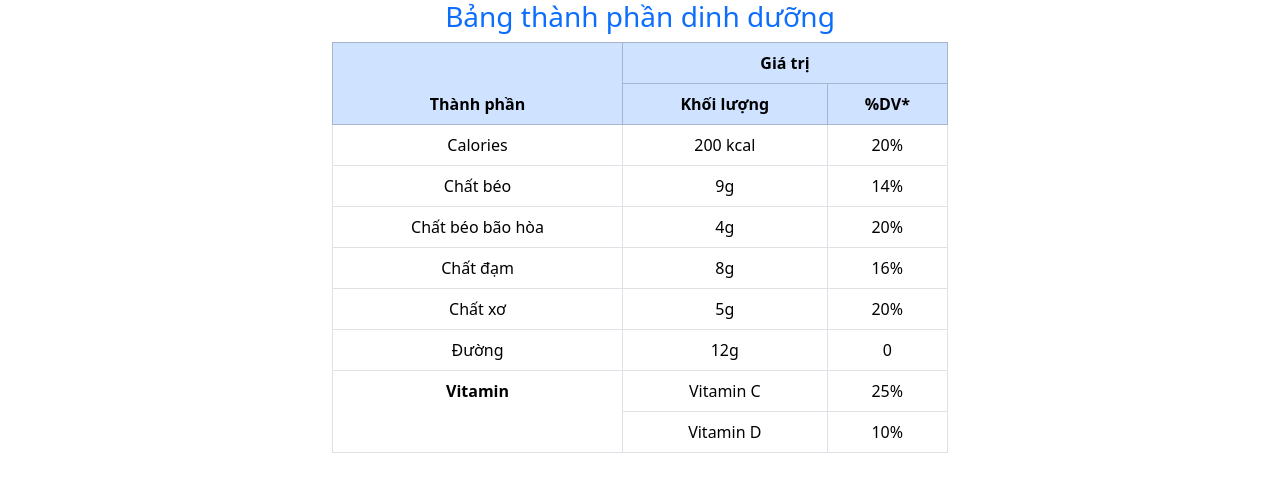
Repository: KizukoHeiwa/SOF308
Page: Lab2/bai1.html
An editor plug-in stored every save of this project. The page is shown before and after the next save, followed by the edit.
The browser window is 1280 px wide. The pictures show the whole page.

Above is the page before, as saved 2024-11-07 10:07:02.

### Lab2/bai1.html
<!DOCTYPE html>
<html lang="en">

<head>
    <meta charset="UTF-8">
    <meta name="viewport" content="width=device-width, initial-scale=1.0">
    <title>FPT Polytechnic</title>
</head>

<body>
    <div class="container-fluid w-50">
        <h3 class="text-center text-primary">Bảng thành phần dinh dưỡng</h3>
        <table class="table table-bordered text-center">
            <thead class="table-primary">
                <tr>
                    <th rowspan="2">Thành phần</th>
                    <th colspan="2">Giá trị</th>
                </tr>
                <tr>
                    <th>Khối lượng</th>
                    <th>%DV*</th>
                </tr>
            </thead>
            <tbody>
                <tr>
                    <td>Calories</td>
                    <td>200 kcal</td>
                    <td>20%</td>
                </tr>
                <tr>
                    <td>Chất béo</td>
                    <td>9g</td>
                    <td>14%</td>
                </tr>
                <tr>
                    <td>Chất béo bão hòa</td>
                    <td>4g</td>
                    <td>20%</td>
                </tr>
                <tr>
                    <td>Chất đạm</td>
                    <td>8g</td>
                    <td>16%</td>
                </tr>
                <tr>
                    <td>Chất xơ</td>
                    <td>5g</td>
                    <td>20%</td>
                </tr>
                <tr>
                    <td>Đường</td>
                    <td>12g</td>
                    <td>0</td>
                </tr>
                <tr>
                    <th rowspan="2">Vitamin</th>
                    <td>Vitamin C</td>
                    <td>25%</td>
                </tr>
                <tr>
                    <td>Vitamin D</td>
                    <td>10%</td>
                </tr>
            </tbody>
        </table>
    </div>

    <link href="https://cdn.jsdelivr.net/npm/bootstrap@5.3.3/dist/css/bootstrap.min.css" rel="stylesheet">
    <link rel="stylesheet" href="https://cdnjs.cloudflare.com/ajax/libs/font-awesome/6.0.0-beta3/css/all.min.css">
    <script src="https://cdn.jsdelivr.net/npm/bootstrap@5.3.3/dist/js/bootstrap.bundle.min.js"></script>
</body>

</html>

After the next save:
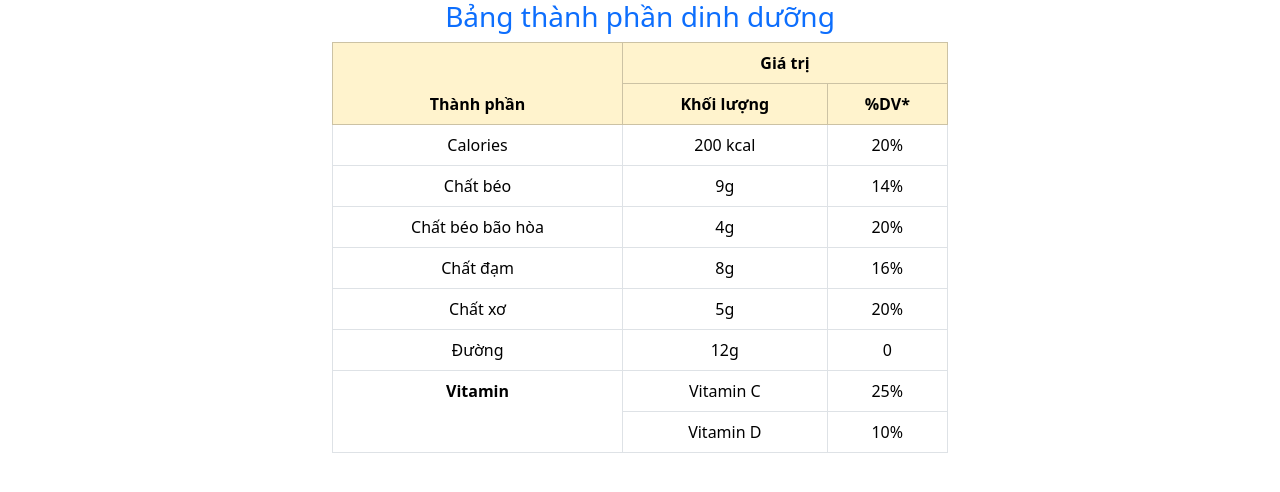
Saved 62 s later.
--- a/Lab2/bai1.html
+++ b/Lab2/bai1.html
@@ -11,7 +11,7 @@
     <div class="container-fluid w-50">
         <h3 class="text-center text-primary">Bảng thành phần dinh dưỡng</h3>
         <table class="table table-bordered text-center">
-            <thead class="table-primary">
+            <thead class="table-warning">
                 <tr>
                     <th rowspan="2">Thành phần</th>
                     <th colspan="2">Giá trị</th>
